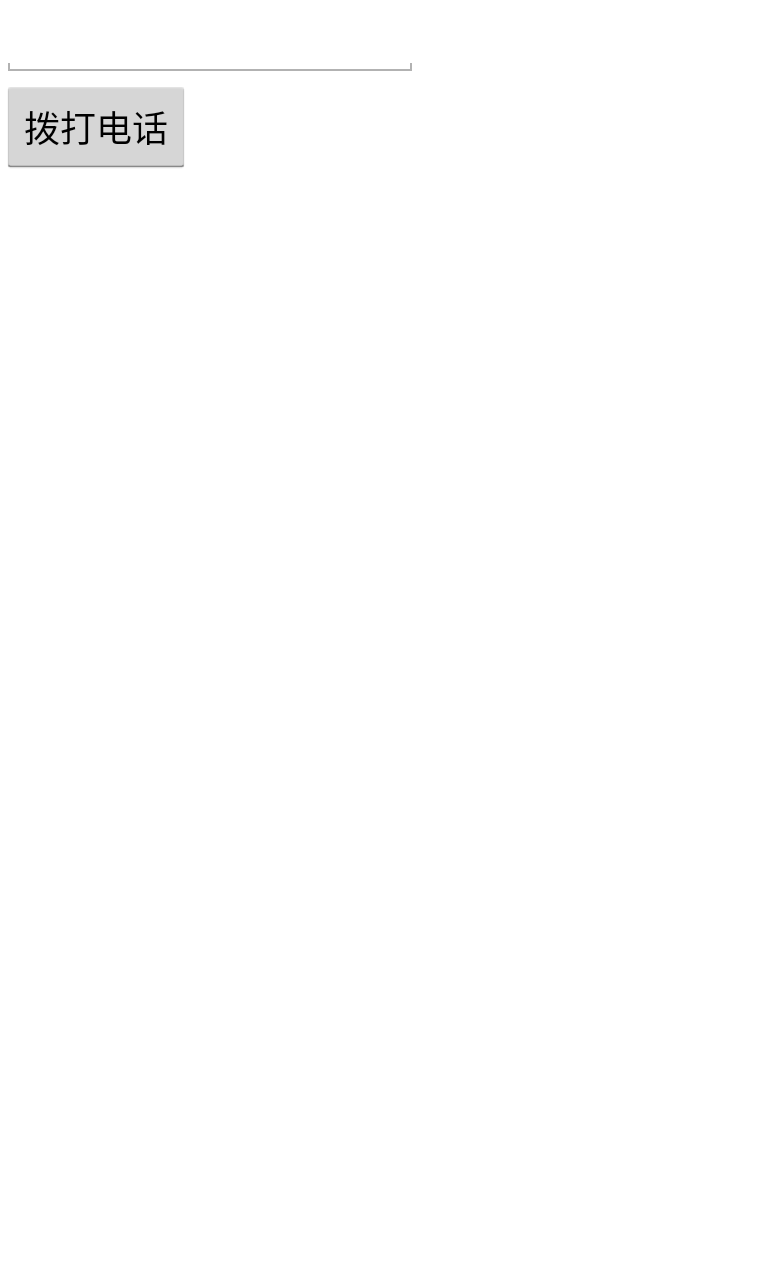
Repository: qq839924354/day01
Layout: code/Phone/res/layout/activity_main.xml
The author's editor kept a copy of each file at every save. The layout is drawn from the files as they stood at one save, then again after a run of saves.
It is drawn on a 768 x 1280 px phone screen (xhdpi) without system bars, with theme AppTheme; the app's code is not run.

Above is the layout before, as saved 2013-02-28 06:08:35.

### code/Phone/res/layout/activity_main.xml
<RelativeLayout xmlns:android="http://schemas.android.com/apk/res/android"
    xmlns:tools="http://schemas.android.com/tools"
    android:layout_width="match_parent"
    android:layout_height="match_parent"
    tools:context=".MainActivity" >

  <EditText
        android:id="@+id/editText1"
        android:layout_width="wrap_content"
        android:layout_height="wrap_content"
        android:layout_alignParentLeft="true"
        android:layout_alignParentTop="true"
        android:ems="10"
        android:inputType="phone" >


    </EditText>

  <Button
      android:id="@+id/button1"
      android:layout_width="wrap_content"
      android:layout_height="wrap_content"
      android:layout_alignParentLeft="true"
      android:layout_below="@+id/editText1"
      android:text="@string/dail" />

</RelativeLayout>

### code/Phone/res/values/strings.xml
<?xml version="1.0" encoding="utf-8"?>
<resources>

    <string name="app_name">Phone</string>
    <string name="hello_world">Hello world!</string>
    <string name="menu_settings">Settings</string>
    <string name="dail">拨打电话</string>

</resources>

Loaded but not shown: code/Phone/res/values/styles.xml (common file); code/Phone/res/values-v11/styles.xml (common file); code/Phone/res/values-v14/styles.xml (common file)

After the next 2 saves:
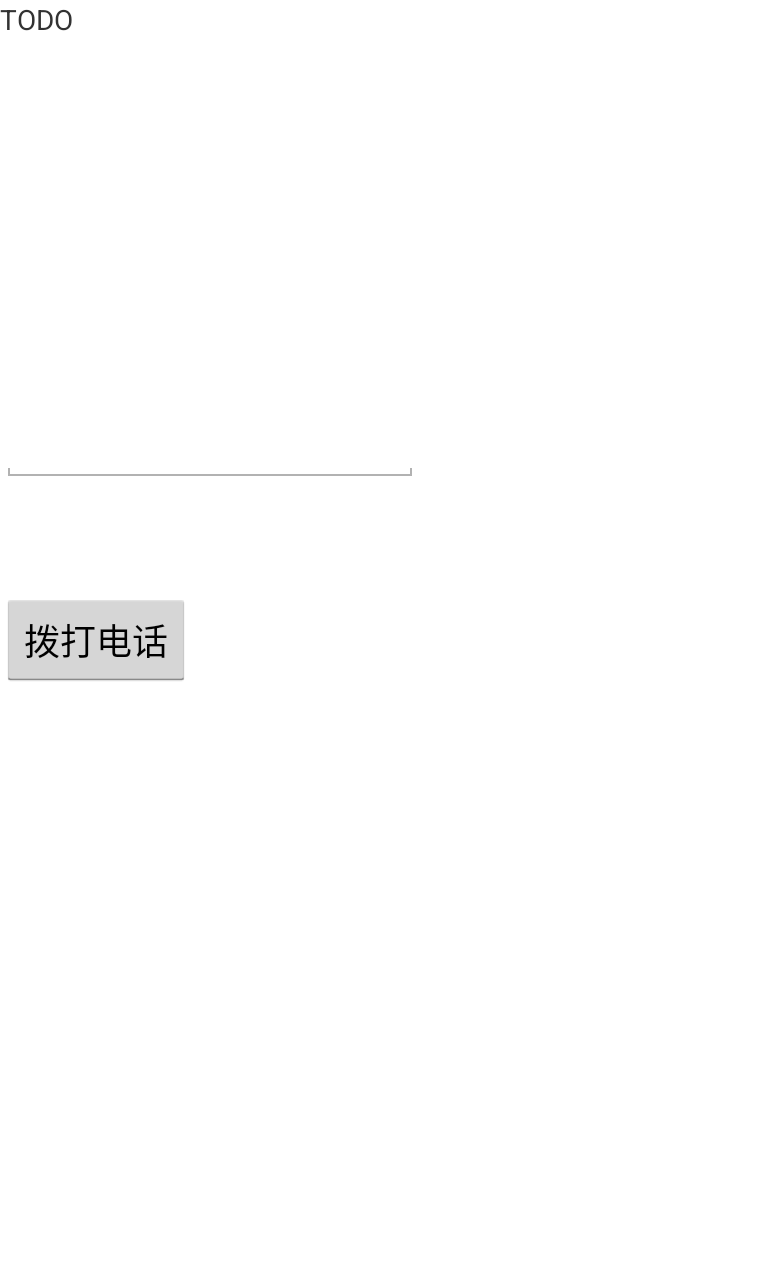
The 2 saves are shown as one change because 1 did not build or start.
The last was saved 95 s later.
--- a/code/Phone/res/layout/activity_main.xml
+++ b/code/Phone/res/layout/activity_main.xml
@@ -4,24 +4,30 @@
     android:layout_height="match_parent"
     tools:context=".MainActivity" >
 
-  <EditText
-        android:id="@+id/editText1"
-        android:layout_width="wrap_content"
-        android:layout_height="wrap_content"
-        android:layout_alignParentLeft="true"
-        android:layout_alignParentTop="true"
-        android:ems="10"
-        android:inputType="phone" >
-
-
-    </EditText>
+  <TextView
+      android:id="@+id/textView1"
+      android:layout_width="wrap_content"
+      android:layout_height="wrap_content"
+      android:layout_alignParentLeft="true"
+      android:layout_alignParentTop="true"
+      android:text="@string/please_input_number" />
 
   <Button
       android:id="@+id/button1"
       android:layout_width="wrap_content"
       android:layout_height="wrap_content"
       android:layout_alignParentLeft="true"
-      android:layout_below="@+id/editText1"
+      android:layout_centerVertical="true"
       android:text="@string/dail" />
 
+  <EditText
+      android:id="@+id/editText1"
+      android:layout_width="wrap_content"
+      android:layout_height="wrap_content"
+      android:layout_above="@+id/button1"
+      android:layout_alignParentLeft="true"
+      android:layout_marginBottom="54dp"
+      android:ems="10"
+      android:inputType="phone" />
+
 </RelativeLayout>
--- a/code/Phone/res/values/strings.xml
+++ b/code/Phone/res/values/strings.xml
@@ -5,5 +5,6 @@
     <string name="hello_world">Hello world!</string>
     <string name="menu_settings">Settings</string>
     <string name="dail">拨打电话</string>
+    <string name="please_input_number">TODO</string>
 
 </resources>
